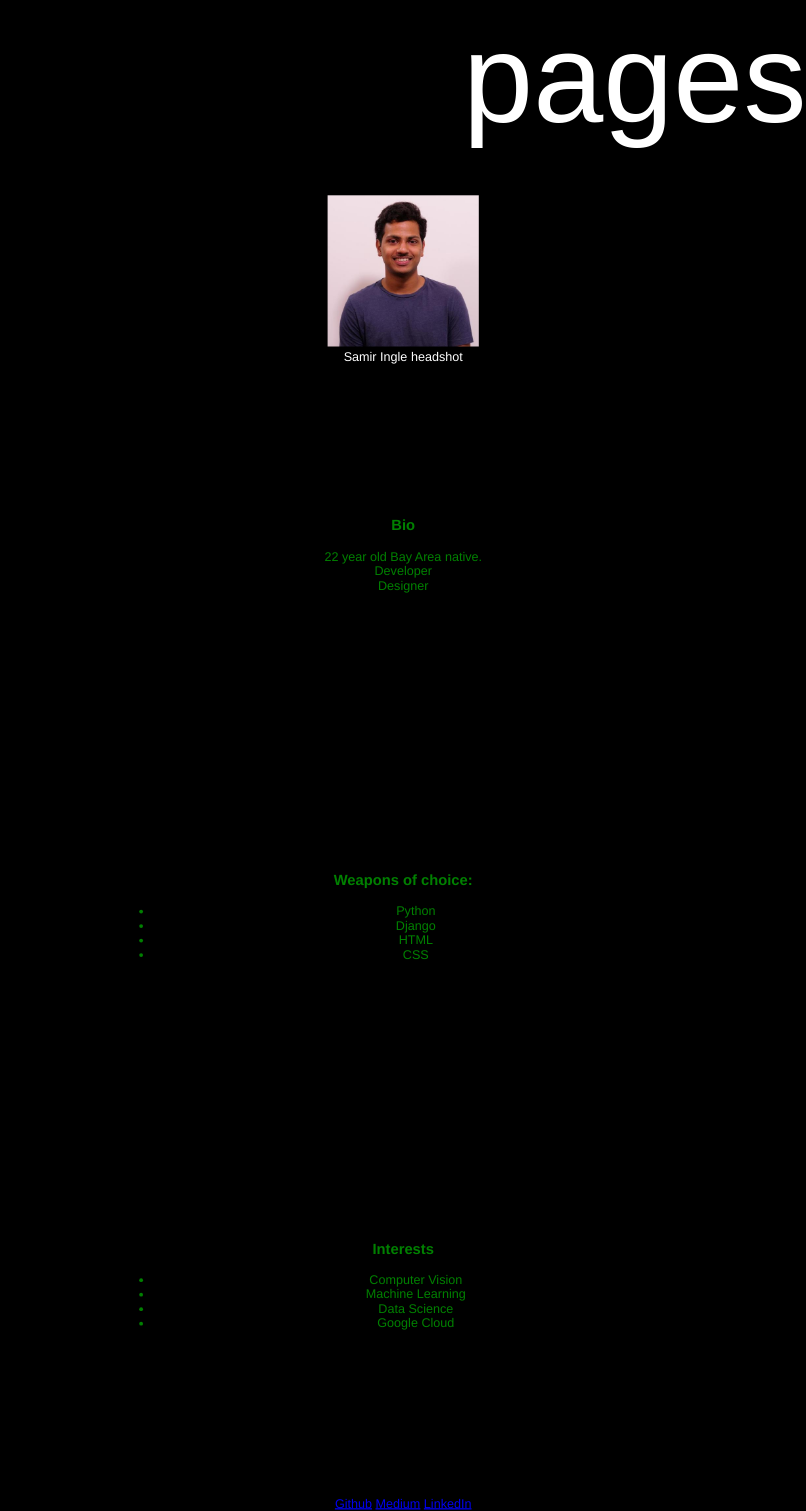
Repository: SamirIngley/html-semantic
Page: templates/about.html
The author's editor kept a copy of each file at every save. The page is drawn from the files as they stood at one save, then again after the next save.
The browser window is 1280 px wide. The pictures show the whole page, at 63% of full size.

Above is the page before, as saved 2020-01-30 16:57:20.

After the next save:
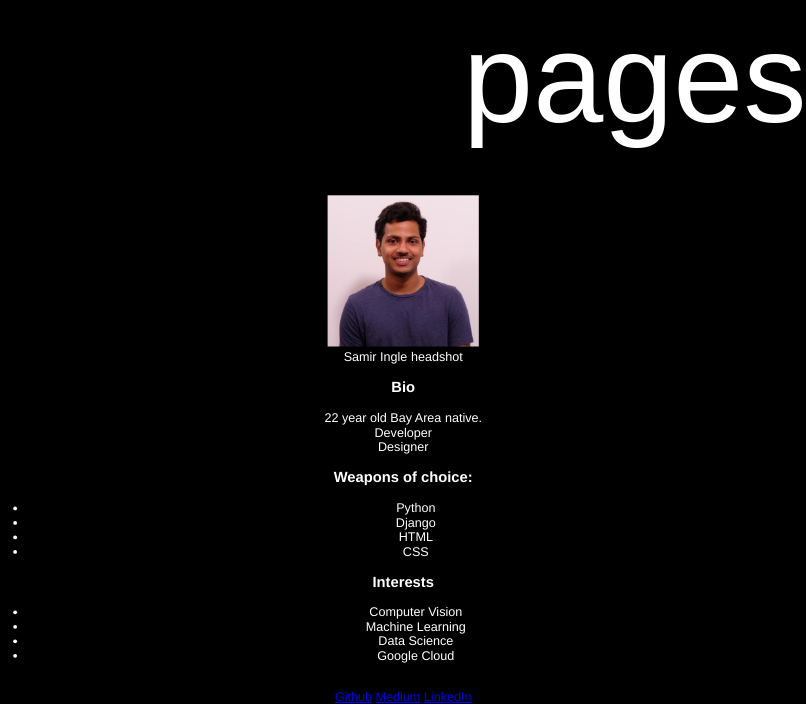
Saved 23 s later.
--- a/static/styles/style.css
+++ b/static/styles/style.css
@@ -12,9 +12,7 @@ body {
   }
 
 .bio {
-  color: green;
-  text-decoration: none;
-  padding: 200px;
+
 }
 
 
